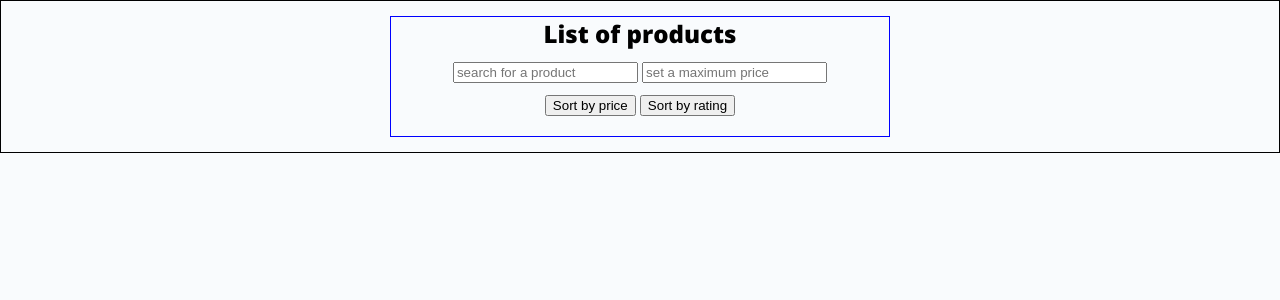
Repository: andrii1/hyf-homework
Page: javascript/javascript2/week2/hyf-bay/index.html
An editor plug-in stored every save of this project. The page is shown before and after the next save, followed by the edit.
The browser window is 1280 px wide. The pictures show the whole page.

Above is the page before, as saved 2022-07-06 12:21:41.

### javascript/javascript2/week2/hyf-bay/index.html
<head>
  <title>HyfBay - list of products</title>
  <meta name="viewport" content="width=device-width, initial-scale=1" />
  <link rel="stylesheet" type="text/css" href="main.css" />
  <link
    href="https://fonts.googleapis.com/css?family=Open+Sans:400,800"
    rel="stylesheet"
  />
</head>

<body>
  <main>
    <section class="box-products">
      <h1>List of products</h1>
      <form action="#" class="form">
        <input type="text" id="search" placeholder="search for a product" />
        <input
          type="text"
          id="maximumPrice"
          placeholder="set a maximum price"
        />
      </form>
      <button id="price-sort">Sort by price</button>
      <button id="rating-sort">Sort by rating</button>
      <ul id="list"></ul>
    </section>
  </main>
  <script src="hyfBayHelpers.js"></script>
  <script src="main.js"></script>
</body>

### javascript/javascript2/week2/hyf-bay/main.css
body {
    font-family: "Open Sans", sans-serif;
    background-color: #F9FBFD;
}

* {
    box-sizing: border-box;
}

body, h1, h2 {
    margin: 0;
}

h1 {
  font-size: 24px;
}

h2 {
  font-size: 20px;
}

ul {
    list-style-type: none;
    margin: 0;
    padding: 10;
}

main {
  display: flex;
  align-items: center;
  justify-content: center;
  padding:15;
  align-items: center;
  border: 1px solid black;
}

.box-products {
  width: 500px;
  border: 1px solid blue;
  text-align: center
}

form {
  margin: 10 0;
}

### javascript/javascript2/week2/hyf-bay/hyfBayHelpers.js
/* DONT MODIFY ANY OF THIS CODE!!!*/

window.getAvailableProducts = function () {
  function getRandomInt(min, max) {
    min = Math.ceil(min);
    max = Math.floor(max);
    return Math.floor(Math.random() * (max - min + 1)) + min;
  }

  function getRandomItem(availableProductNames) {
    return availableProductNames[
      getRandomInt(0, availableProductNames.length - 1)
    ];
  }

  function getRandomProductname() {
    const preWords = [
      "Used",
      "Fantastic",
      '"Used"',
      "Broken",
      "Beautiful",
      "Wet",
      "Green",
      "Sloppy",
      "Dirty",
    ];
    const productNames = [
      "Carrot",
      "Drone",
      "Giftcard",
      "Puppy",
      "Car",
      "Shirt",
      "Milk",
      "Chalk",
      "Fish fingers",
      "Socks",
      "Chocolate",
      "Toothbrush",
      "Computer",
      "Nokia",
      "Cologne",
    ];

    let chosenProductName = getRandomItem(productNames);
    const shouldHavePreWord = getRandomInt(0, 10) > 6;

    if (shouldHavePreWord) {
      const preWord = preWords[getRandomInt(0, preWords.length - 1)];
      chosenProductName = `${preWord} ${chosenProductName}`;
    }

    return chosenProductName;
  }

  const numberOfAvailableProducts = getRandomInt(0, 30);
  const availableProducts = Array.apply(
    null,
    Array(numberOfAvailableProducts)
  ).map(() => {
    const name = getRandomProductname();
    return {
      id: `${name}${getRandomInt(0, 100000)}`,
      name,
      price: getRandomInt(0, 10000),
      rating: getRandomInt(1, 10),
    };
  });

  return availableProducts;
};

### javascript/javascript2/week2/hyf-bay/main.js
console.log("Script loaded");
const products = getAvailableProducts();
console.log(products);
let clickCount = 0;
let clickCountRating = 0;
const searchInput = document.getElementById("search");
const maximumPriceInput = document.getElementById("maximumPrice");
const buttonSortPrice = document.getElementById("price-sort");
const buttonSortRating = document.getElementById("rating-sort");
searchInput.addEventListener("input", filterProducts);
maximumPriceInput.addEventListener("input", filterProductsByPrice);
buttonSortPrice.addEventListener("click", sortProductsByPrice);
buttonSortRating.addEventListener("click", sortProductsByRating);
function filterProducts(event) {
  const filteredProducts = products.filter((product) =>
    product.name.toLowerCase().includes(event.target.value)
  );
  renderProducts(filteredProducts);
}

function filterProductsByPrice(event) {
  const filteredProducts = products.filter(
    (product) => product.price < event.target.value
  );
  renderProducts(filteredProducts);
}

function sortProductsByPrice() {
  if (clickCount % 2 == 0) {
    const sortedProducts = products.sort((a, b) => a.price - b.price);
    renderProducts(sortedProducts);
  } else {
    const sortedProducts = products.sort((a, b) => b.price - a.price);
    renderProducts(sortedProducts);
  }

  clickCount++;
}

function sortProductsByRating() {
  if (clickCountRating % 2 == 0) {
    const sortedProducts = products.sort((a, b) => a.rating - b.rating);
    renderProducts(sortedProducts);
  } else {
    const sortedProducts = products.sort((a, b) => b.rating - a.rating);
    renderProducts(sortedProducts);
  }

  clickCountRating++;
}

const list = document.querySelector("#list");

function renderProducts(products) {
  // your code here
  list.innerHTML = "";
  for (let i = 0; i < products.length; i++) {
    const listItem = document.createElement("li");
    const name = document.createElement("h2");
    const price = document.createElement("p");
    const rating = document.createElement("p");
    name.innerHTML = products[i].name;
    price.innerHTML = `price: ${products[i].price}`;
    rating.innerHTML = `rating: ${products[i].rating}`;
    list.appendChild(listItem);
    list.appendChild(name);
    list.appendChild(price);
    list.appendChild(rating);
  }
}

//renderProducts(products); // This should create the ul and the li's with the individual products details

After the next save:
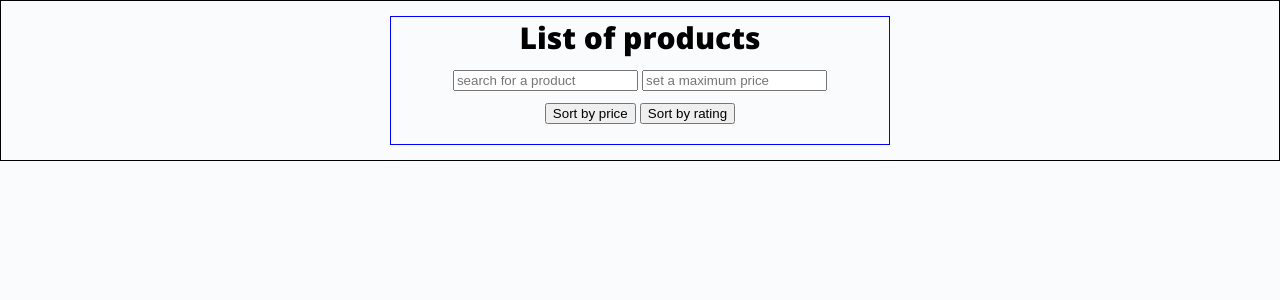
Saved 9 s later.
--- a/javascript/javascript2/week2/hyf-bay/main.css
+++ b/javascript/javascript2/week2/hyf-bay/main.css
@@ -12,11 +12,11 @@ body, h1, h2 {
 }
 
 h1 {
-  font-size: 24px;
+  font-size: 30px;
 }
 
 h2 {
-  font-size: 20px;
+  font-size: 24px;
 }
 
 ul {
